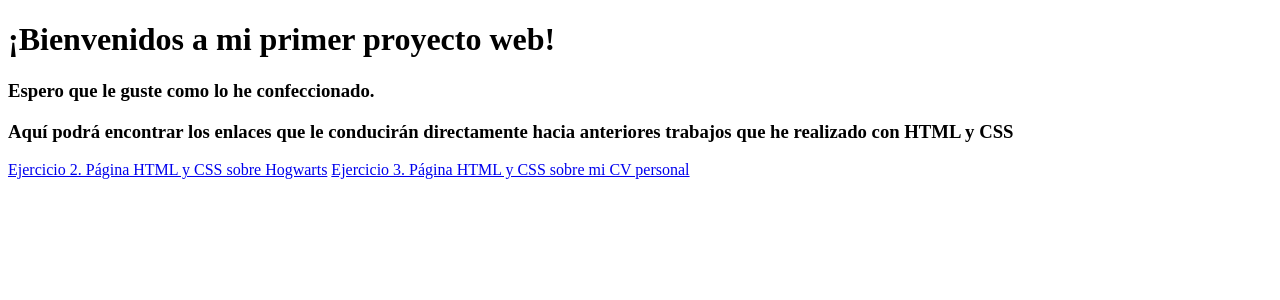
Repository: Pablosky971/Ejercicio-4.-Proyecto-Web
Page: http://localhost/Ejercicio4/
These files come from the project's save history. The page is drawn as it stood at one moment and after a run of saves; the edit follows.
The browser window is 1280 px wide. The pictures show the whole page.
The page is served by Tomcat 9.

Above is the page before, as saved 2022-03-09 12:24:43.

### Ejercicio4/src/main/webapp/index.html
<!DOCTYPE html>
<html>
<head>
<meta charset="UTF-8">
<title>Presentación</title>
<link rel="stylesheet" href="css/index.css">
</head>
<body>
	<header>
		<h1 class="titulo"> ¡Bienvenidos a mi primer proyecto web! </h1>
		<h3 class="subtitulo"> Espero que le guste como lo he confeccionado.</h3>

	</header>

	<main>

	<nav>
		<h3 class="navegacion"> Aquí podrá encontrar los enlaces que le conducirán directamente hacia anteriores trabajos que he realizado con HTML y CSS</h3>
		<a href="ejercicio2"> Ejercicio 2. Página HTML y CSS sobre Hogwarts</a>
		<a href="ejercicio3"> Ejercicio 3. Página HTML y CSS sobre mi CV personal</a>
	</nav>
	</main>

</body>
</html>

### Ejercicio4/src/main/webapp/css/index.css
body {
	background-color:

}
h1.titulo {

}

h3.subtitulo {

}

h3.navegacion {

}

a {

}

After the next 2 saves:
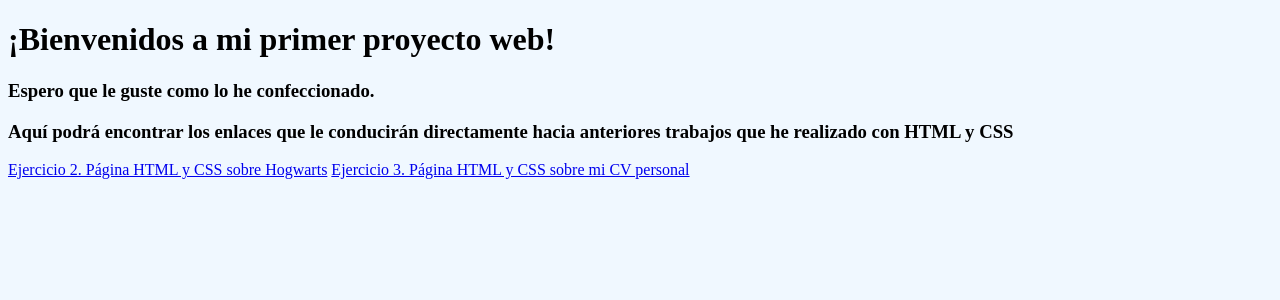
The 2 saves are shown as one change because they came seconds apart.
The last was saved 19 s later.
--- a/Ejercicio4/src/main/webapp/css/index.css
+++ b/Ejercicio4/src/main/webapp/css/index.css
@@ -1,5 +1,5 @@
 body {
-	background-color:
+	background-color: aliceblue;
 
 }
 h1.titulo {
